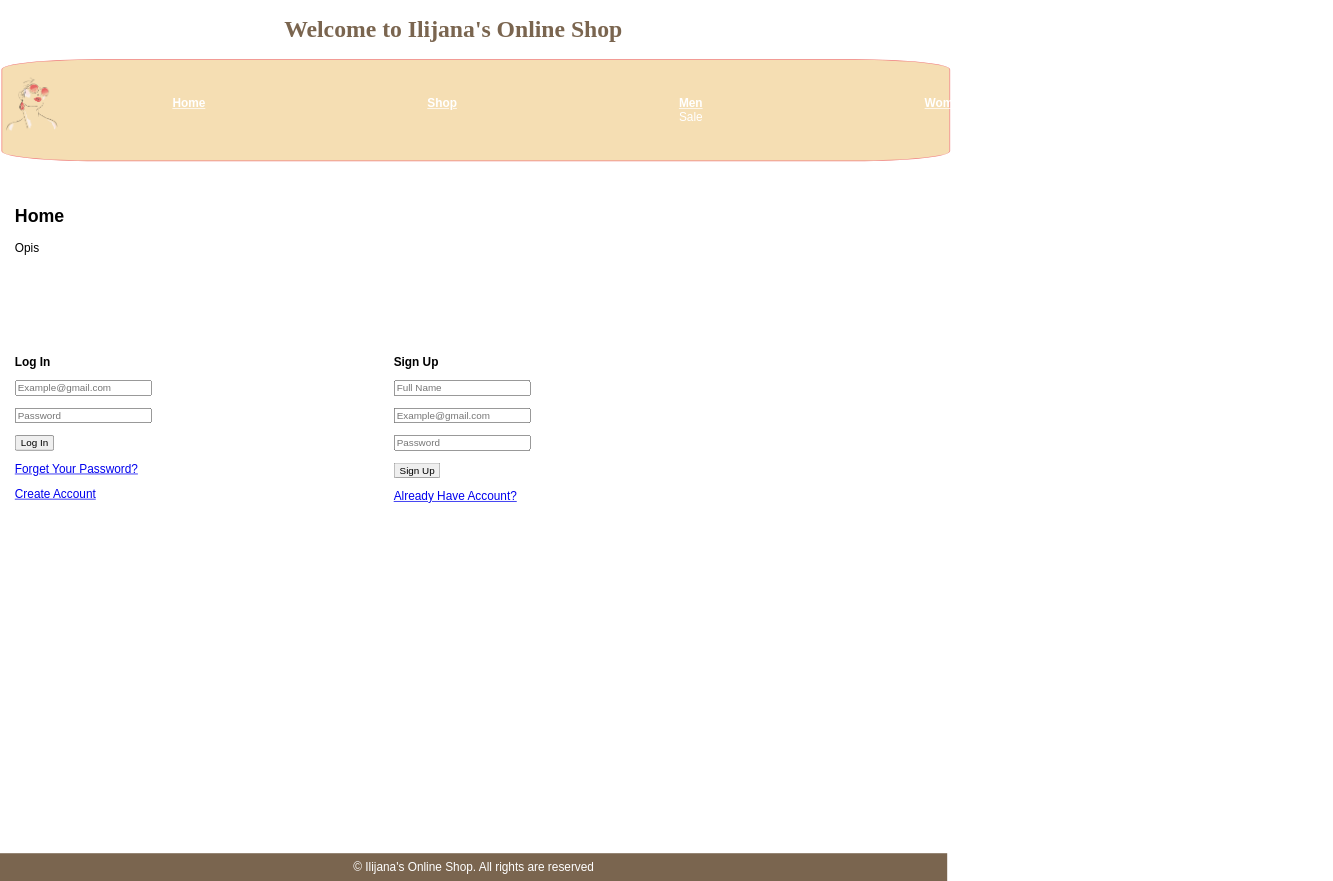
Repository: ilijana123/Proekt1
Page: html.html
The author's editor kept a copy of each file at every save. The page is drawn from the files as they stood at one save, then again after the next save.
The browser window is 1280 px wide. The page is 1801 px wide, so the pictures cover 1801 px, including what lies to the right of the window. The pictures show the whole page, at 74% of full size.

Above is the page before, as saved 2023-11-13 02:13:24.

### html.html
<!DOCTYPE html>
<html>
    <head>

    <meta charset="utf-8">
    <title>Online shop</title>
    <link rel="stylesheet" type="text/css" href="1.css">
    <script src="script.js"></script>

    </head>

    <body>
    <header>
       <h1>Welcome to Ilijana's Online Shop</h1>
    </header>

    <nav>
        <div class="social-call">
        <div class="social">
            <a href="#"><i class="fab fa-facebook-f"></i></a>
            <a href="#"><i class="fab fa-twitter"></i></a>
            <a href="#"><i class="fab fa-youtube"></i></a>
            <a href="#"><i class="fab fa-instagram"></i></a>
        </div>
        </div>
        <div class="navigation">
            <a href="#" class="logo"><img src="logo.png"></a>
            <div class="toggle"></div>
            <ul class="menu">
            <li><a href="#">Home</a></li>
            <li  class="shop"><a href="#" >Shop</a></li>
            <li><a href="#">Men</a>
                <span class="sale-lable">Sale</span>
            </li>
            <li><a href="#">Women</a></li>
            <li><a href="#">Kids</a></li>
            </ul>
            <div class="right-menu">
            <a href="javascript:void(0);" class="search">
                <i class="fas fa-search"></i>
            </a>
            <a href="javascript:void(0);" class="user">
                <i class="far fa-user"></i>
            </a>
            <a href="#">
                <i class="fas fa-shopping-cart">
                    <span class="num-cart-product">0</span>
                </i>
            </a>
            </div>
        </div>
    </nav>

       <section id="home">
            <h2>Home</h2>
            <p>Opis</p>
        </section>
        <section id="contact"></section>
            <div class="form">
                <div class="login-form">
                    <a href="javascript:void(0);" class="form-cancel">
                        <i class="fas fa-times"></i>
                    </a>
                    <strong>Log In</strong>
                    <form>
                        <p><input type="email" name="email" placeholder="Example@gmail.com" required/></p>
                        <p><input type="password" name="password" placeholder="Password" required/></p>
                        <p><input type="submit" value="Log In"/></p>
                    </form>
                    <div class="form-btns">
                        <p><a href="#" class="forget">Forget Your Password?</a></p>
                        <p><a href="javascript:void(0);" class="sign-up-btn">Create Account</a></p>
                    </div>
                </div>
                    <div class="sign-up-form">
                    <a href="javascript:void(0);" class="form-cancel">
                        <i class="fas fa-times"></i>
                    </a>
                        <strong>Sign Up</strong>
                        <form>
                            <p><input type="text" name="fullname" placeholder="Full Name" required/></p>
                            <p><input type="email" name="email" placeholder="Example@gmail.com" required/></p>
                            <p><input type="password" name="password" placeholder="Password" required/></p>
                            <p><input type="submit" value="Sign Up"/>
                        </form>
                        <div class="form-btns">
                            <a href="javascript:void(0);" class="already-account">
                                Already Have Account?</a>

                        </div>
                    </div>
            </div>
       </section>

       <section id="category1"></section>
       <section id="category2"></section>
       <section id="category3"></section>
       <section id="instagram"></section>
      <section id="survey">
      </section>
      <section id="questionnaire">
      </section>
      <section id="contact">
      </section>
       <footer> &copy; Ilijana's Online Shop. All rights are reserved</footer>

    </body>
</html>

### 1.css
h1  {
        font-family: fantasy;
        color:rgb(122, 101, 79);
        position:relative;
        margin-left: 30%;
    }
    body
    {
        margin: 0;
        padding: 0;
        font-family: Arial, sans-serif;
    }
    .navigation
    {
        display:flex;
        justify-content: space-between;
        allign-items: center;
        background-color: wheat;
        margin:auto;
        position: relative;
        color: white;
        padding:auto;
        left: 2px;
        right: 2px;
        width: 100%;
        z-index: 100;
        border: 1px solid rgba(0,0,0,03);
        border-radius: 10%;
        border-color: lightcoral;
    }
    nav ul
    {
        list-style-type: none;
        margin: 0;
        padding: 0;
        display: flex;
        margin-top: 50px;
        flex-direction: row;
    }
    nav ul li
    {
        display: block;
        margin-bottom: 50px;
        margin-right: 150px;
        margin-left:150px;
    }
    section {
        padding: 20px;
        margin: 20px 0;
    }
    nav a
    {
        color: white;
        font-weight:bolder;
        size: 50px;
    }
    nav a:hover {
        color:rgb(122, 101, 79);
    }

    footer {
        background-color:rgb(122, 101, 79);
        color: white;
        text-align: center;
        padding: 10px;
    }
    .logo img
    {
        height: 80px;
        margin-top: 20px;
    }
    .form {
        display: flex;
    }

    .login-form,
    .sign-up-form {
        width: 40%;
        padding: 20px;
        box-sizing: border-box;
    }

### script.js
function btnClicked()
{
    document.location.href="html1.html";
}

After the next save:
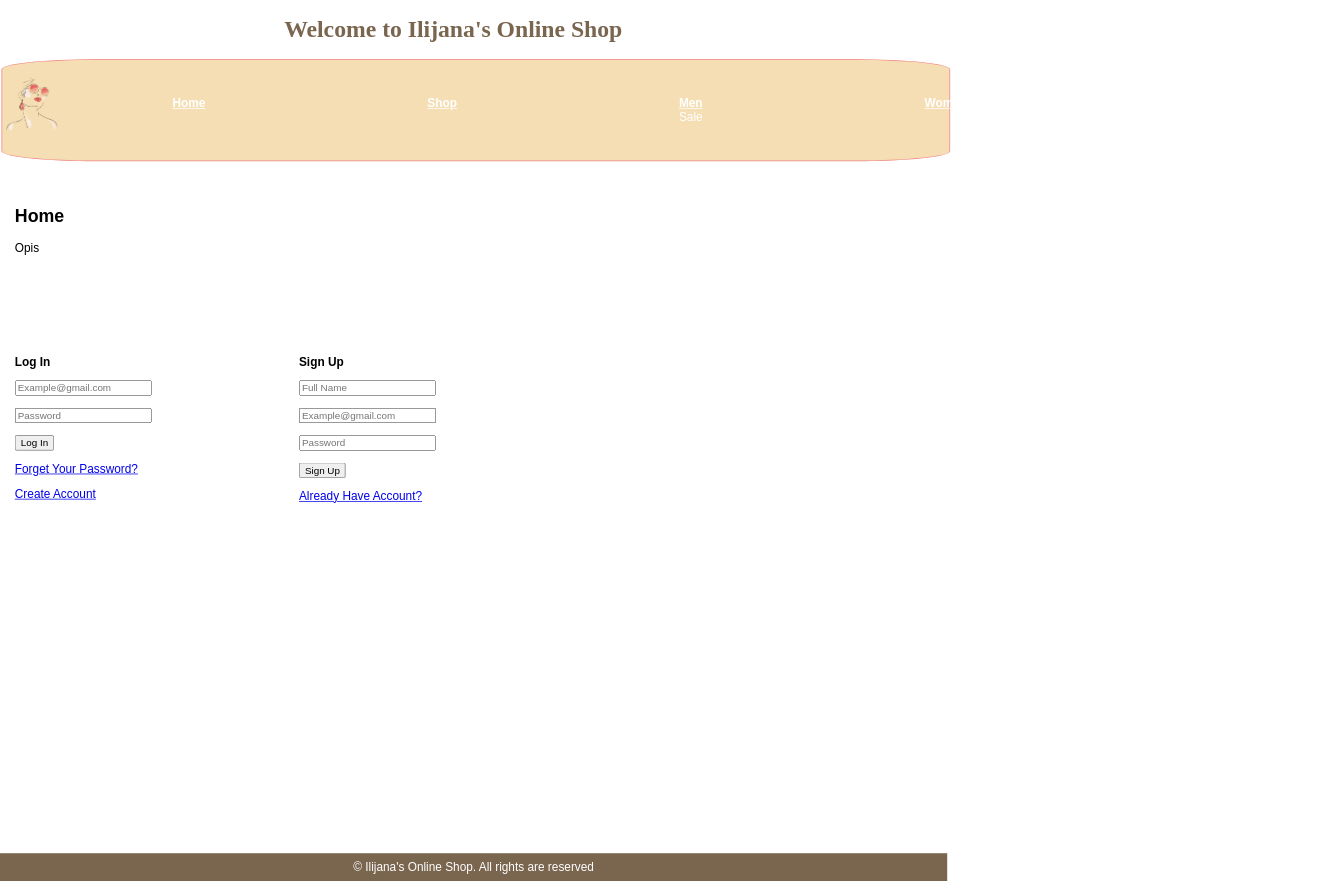
Saved 10 s later.
--- a/1.css
+++ b/1.css
@@ -75,7 +75,7 @@ h1  {
 
     .login-form,
     .sign-up-form {
-        width: 40%;
+        width: 30%;
         padding: 20px;
         box-sizing: border-box;
     }
